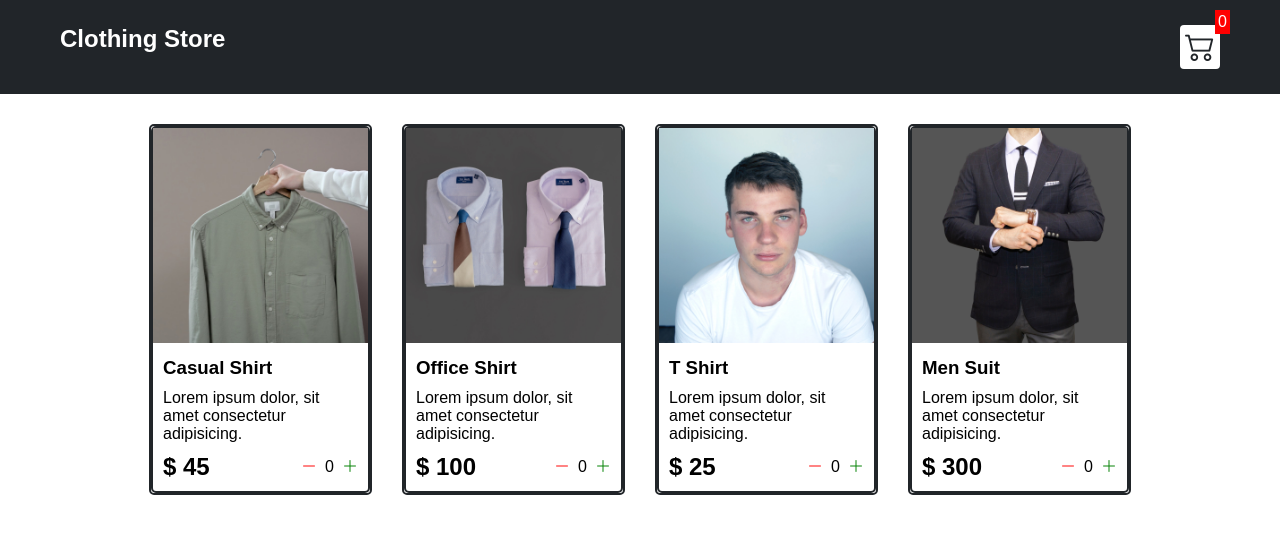
Repository: henryv2003/Shopping-card
Page: index.html
The author's editor kept a copy of each file at every save. The page is drawn from the files as they stood at one save, then again after the next save.
The browser window is 1280 px wide. The pictures show the whole page.
Some web libraries are served in a nearby version.

Above is the page before, as saved 2022-11-12 18:35:32.

### index.html
<!DOCTYPE html>
<html lang="en">
  <head>
    <meta charset="UTF-8" />
    <meta http-equiv="X-UA-Compatible" content="IE=edge" />
    <meta name="viewport" content="width=device-width, initial-scale=1.0" />
    <title>Clothing Store</title>
    <link rel="stylesheet" href="styles.css" />
    <link
      rel="stylesheet"
      href="https://cdn.jsdelivr.net/npm/bootstrap-icons@1.9.1/font/bootstrap-icons.css"
    />
  </head>
  <body>
    <div class="navbar">
      <h2>Clothing Store</h2>
      <div class="cart">
        <i class="bi bi-cart2"></i>
        <div class="cartAmount">0</div>
      </div>
    </div>

    <div class="shop" id="shop"></div>
  </body>
  <script src="main.js"></script>
</html>

### styles.css
* {
  margin: 0;
  padding: 0;
  box-sizing: border-box;
}

body {
  font-family: sans-serif;
}

/* ! Navbar styles */
.navbar {
  display: flex;
  flex-direction: row;
  justify-content: space-between;
  background-color: #212529;
  color: white;
  padding: 25px 60px;
  margin-bottom: 30px;
}

.cart {
  position: relative;
  background-color: #fff;
  color: #212529;
  font-size: 30px;
  padding: 5px;
  border-radius: 4px;
}

.cartAmount {
  position: absolute;
  top: -15px;
  right: -10px;
  font-size: 16px;
  background-color: red;
  color: white;
  padding: 3px;
}

/* !shop Items  */
.shop {
  display: grid;
  grid-template-columns: repeat(4, 223px);
  gap: 30px;
  justify-content: center;
}
@media (max-width: 1000px) {
  .shop {
    grid-template-columns: repeat(4, 223px);
  }
}

@media (max-width: 500px) {
  .shop {
    grid-template-columns: repeat(1, 223px);
  }
}

.item {
  border: 2px solid #212529;
  border-radius: 5px;
}

.details {
  display: flex;
  flex-direction: column;
  padding: 10px;
  gap: 10px;
}

.price-quantity {
  display: flex;
  flex-direction: row;
  align-items: center;
  justify-content: space-between;
}

.buttons {
  display: flex;
  flex-direction: row;
  gap: 8px;
  font-size: 16px;
}

.bi-dash-lg {
  color: red;
}

.bi-plus-lg {
  color: green;
}

### main.js
let shop = document.getElementById("shop");
let showItemsData = [
  {
    id: "ensimäinen",
    name: "Casual Shirt",
    price: 45,
    desc: "Lorem ipsum dolor sit amet consectetur adipisicing.",
    img: "images/img-1.jpg",
  },
  {
    id: "toinen",
    name: "Office Shirt",
    price: 100,
    desc: "Lorem ipsum dolor sit amet consectetur adipisicing.",
    img: "images/img-2.jpg",
  },
  {
    id: "kolmas",
    name: "T Shirt",
    price: 25,
    desc: "Lorem ipsum dolor sit amet consectetur adipisicing.",
    img: "images/img-3.jpg",
  },
  {
    id: "neljäs",
    name: "Men Suit",
    price: 300,
    desc: "Lorem ipsum dolor sit amet consectetur adipisicing.",
    img: "images/img-4.jpg",
  },
];

let basket = JSON.parse(localStorage.getItem("data")) || [];

let generateShop = () => {
  return (shop.innerHTML = showItemsData
    .map((x) => {
      let { id, name, price, desc, img } = x;
      let search = basket.find((x) => x.id === id);
      return `<div id=product-id-${id} class="item">
        <div  class="item">
          <img width="215" src=${img} alt="" />
          <div class="details">
            <h3>${name}</h3>
            <p>Lorem ipsum dolor, sit amet consectetur adipisicing.</p>
            <div class="price-quantity">
              <h2>$ ${price}</h2>
              <div class="buttons">
                <i onclick="decrement(${id})" class="bi bi-dash-lg"></i>
                <div id= ${id} class="quantity">0</div>
                <i onclick="increment(${id})" class="bi bi-plus-lg"></i>
              </div>
            </div>
          </div>
        </div>
      </div>`;
    })
    .join(""));
};

generateShop();

let increment = (id) => {
  let selectedItem = id;
  let search = basket.find((x) => x.id === selectedItem.id);

  if (search === undefined) {
    basket.push({
      id: selectedItem.id,
      item: 1,
    });
  } else {
    search.item += 1;
  }
  localStorage.setItem("data", JSON.stringify(basket));
  update(selectedItem.id);
};

let decrement = (id) => {
  let selectedItem = id;
  let search = basket.find((x) => x.id === selectedItem.id);
  if (search.item === 0) return;
  else {
    search.item -= 1;
  }
  localStorage.setItem("data", JSON.stringify(basket));
  update(selectedItem.id);
};

let update = (id) => {
  let search = basket.find((x) => x.id === id);
  document.getElementById(id).innerHTML = search.item;

  calculation();
};

let calculation = () => {
  let cartIcon = document.getElementById("cartAmount");
  cartIcon.innerHTML = basket.map((x) => x.item).reduce((x, y) => x + y, 0);
};

After the next save:
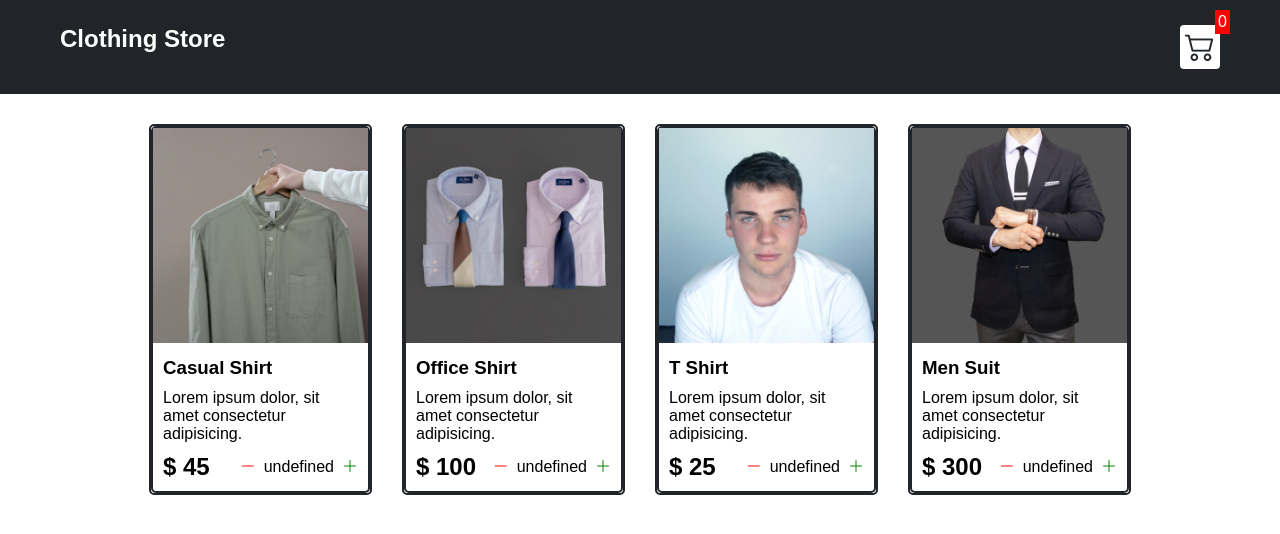
Saved 114 s later.
--- a/main.js
+++ b/main.js
@@ -47,7 +47,7 @@ let generateShop = () => {
               <h2>$ ${price}</h2>
               <div class="buttons">
                 <i onclick="decrement(${id})" class="bi bi-dash-lg"></i>
-                <div id= ${id} class="quantity">0</div>
+                <div id= ${id} class="quantity">${search}</div>
                 <i onclick="increment(${id})" class="bi bi-plus-lg"></i>
               </div>
             </div>
